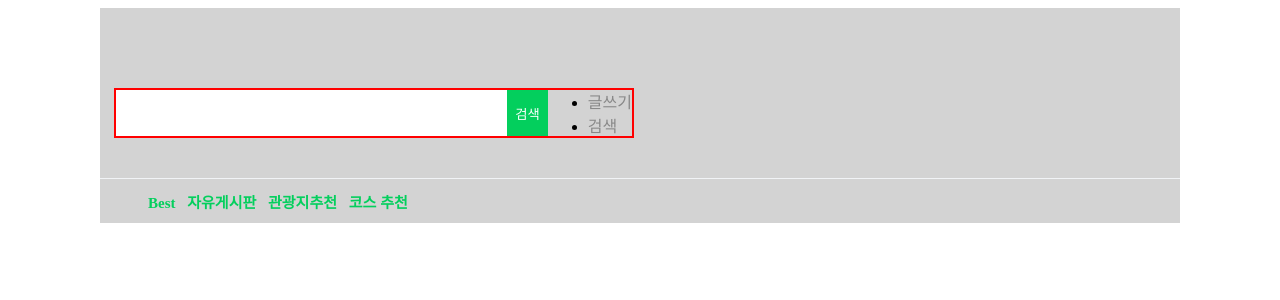
Repository: HJCroCat/project4
Page: http://localhost/koravle/boardMain.jsp
An editor plug-in stored every save of this project. The page is shown before and after the next save, followed by the edit.
The browser window is 1280 px wide. The pictures show the whole page.
The page is served by Tomcat 9. Nobody is signed in. The application's start-up code is not run.

Above is the page before, as saved 2021-12-10 10:20:25.

After the next save:
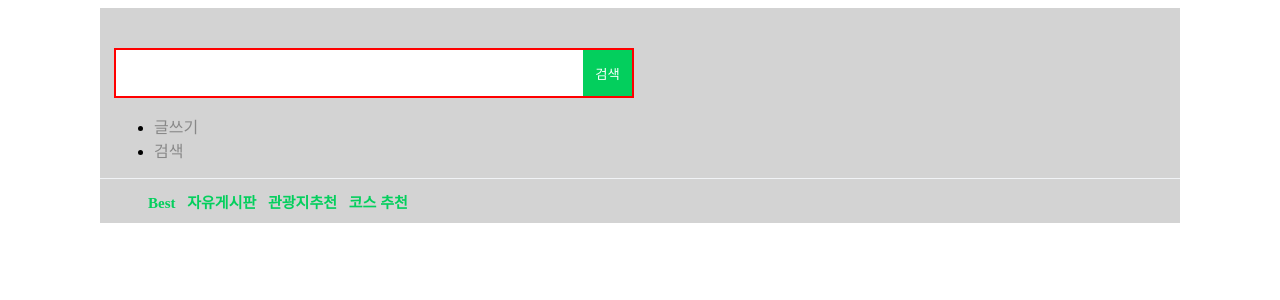
Saved 48 s later.
--- a/koravle/koravle/src/main/webapp/boardMain.jsp
+++ b/koravle/koravle/src/main/webapp/boardMain.jsp
@@ -20,11 +20,11 @@
 	          <button type="submit" tabindex="2">
 	            	검색
 	          </button>
-	          <ul>
-		          <li><a href="/">글쓰기</a></li>
-		          <li><a href="/">검색</a></li>
-	          </ul>
 	        </div>
+	        <ul>
+	           <li><a href="/">글쓰기</a></li>
+	           <li><a href="/">검색</a></li>
+            </ul>
 	      </fieldset>
 	    </form>
 		<nav>
